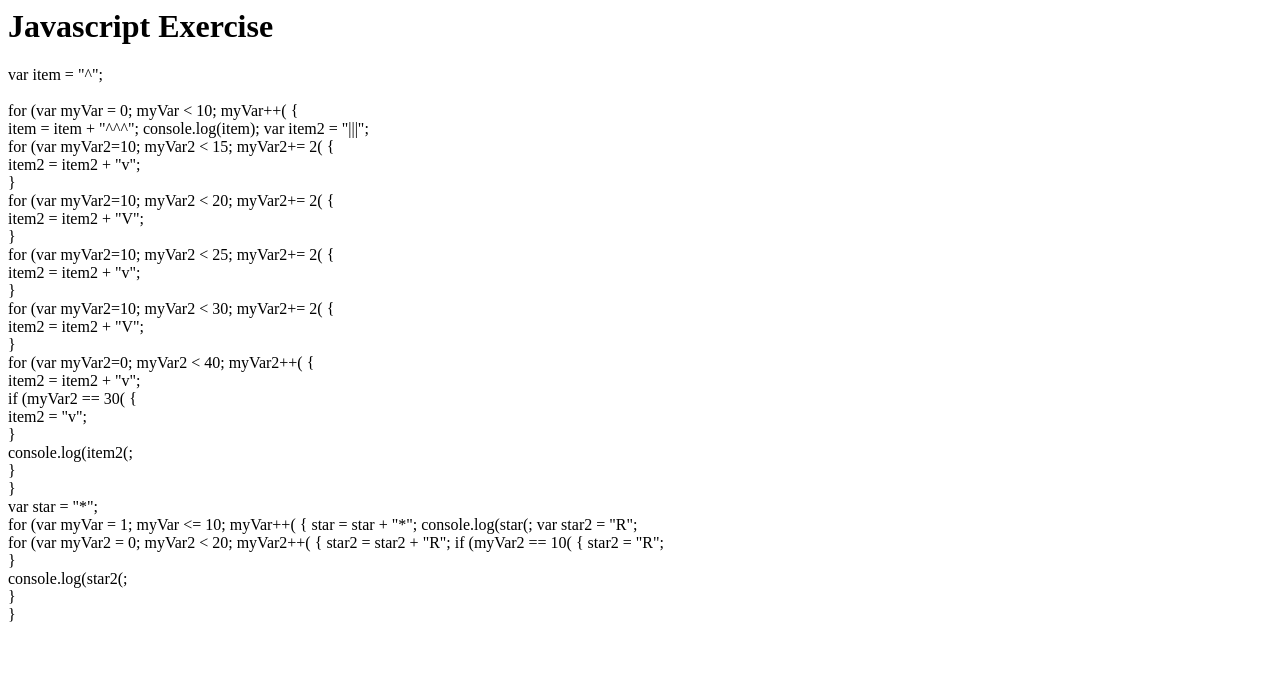
Repository: cbickhar/cbickhar.github.io
Page: project_3_js/index.html
The author's editor kept a record of every edit. The page is drawn from the files as they stood at one moment, then again after the next edit.
The browser window is 1280 px wide. The pictures show the whole page.

Above is the page before.

After the next edit:
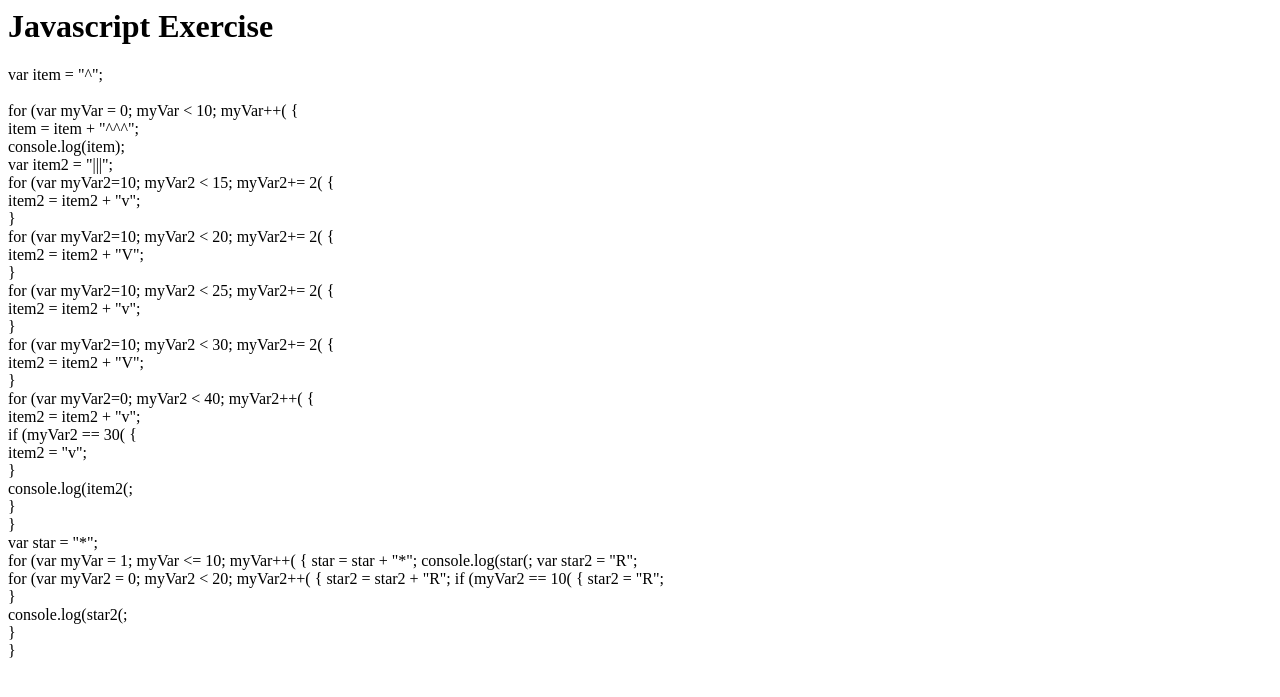
The edit:
--- a/project_3_js/index.html
+++ b/project_3_js/index.html
@@ -12,8 +12,8 @@
 for &lpar;var myVar &equals; 0; myVar &lt; 10; myVar++&lpar; {
   <br>
   item &equals; item + "^^^";
-  console.log(item);
-  var item2 &equals; "|||";
+  <br>console.log(item);
+  <br>var item2 &equals; "|||";
   <br>
     for &lpar;var myVar2&equals;10; myVar2 &lt; 15; myVar2+&equals; 2&lpar; {
     <br>            item2 &equals; item2 + "v";
